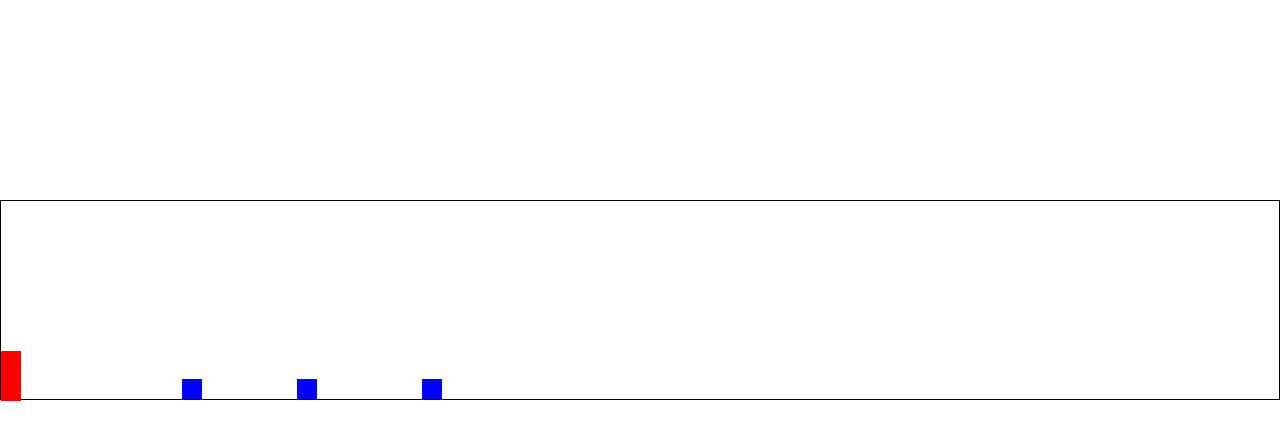
Repository: surefaceJS/allMyWorkInaliLinux
Page: HomePageForWork/index.html
The author's editor kept a copy of each file at every save. The page is drawn from the files as they stood at one save, then again after the next save.
The browser window is 1280 px wide. The pictures show the whole page.

Above is the page before, as saved 2021-04-18 12:20:03.

After the next save:
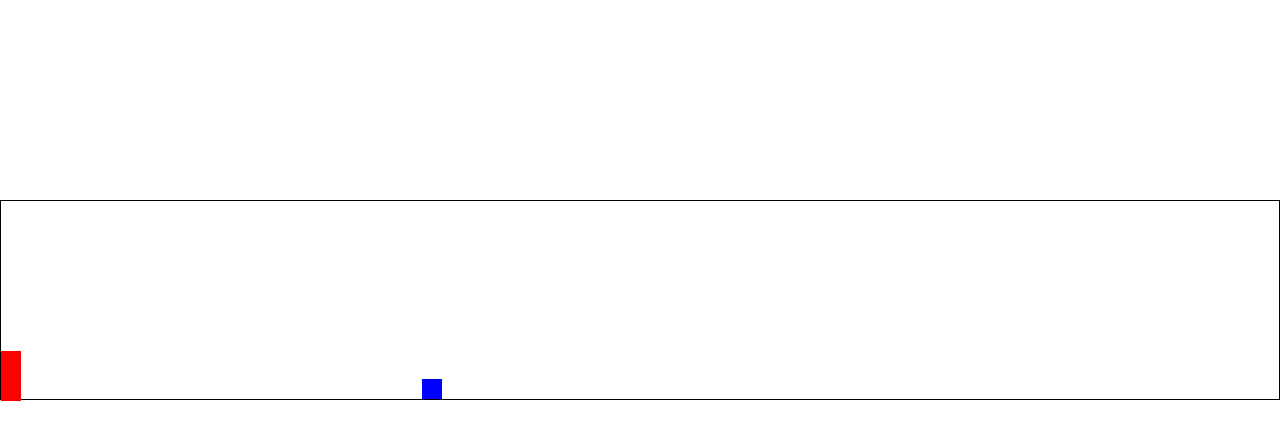
Saved 26 s later.
--- a/HomePageForWork/css/main.css
+++ b/HomePageForWork/css/main.css
@@ -61,26 +61,6 @@
                 animation: block 3s infinite linear;
             }
 
-            #block1 {
-                width: 20px;
-                height: 20px;
-                background: blue;
-                position: relative;
-                top: 108px;
-                left: 624px;
-                animation: block1 3s infinite linear;
-            }
-
-            #block2 {
-                width: 20px;
-                height: 20px;
-                background: blue;
-                position: relative;
-                top: 88px;
-                left: 967px;
-                animation: block2 3s infinite linear;
-            }
-
             @keyframes block {
                 0% {
                     left: 1344px;
